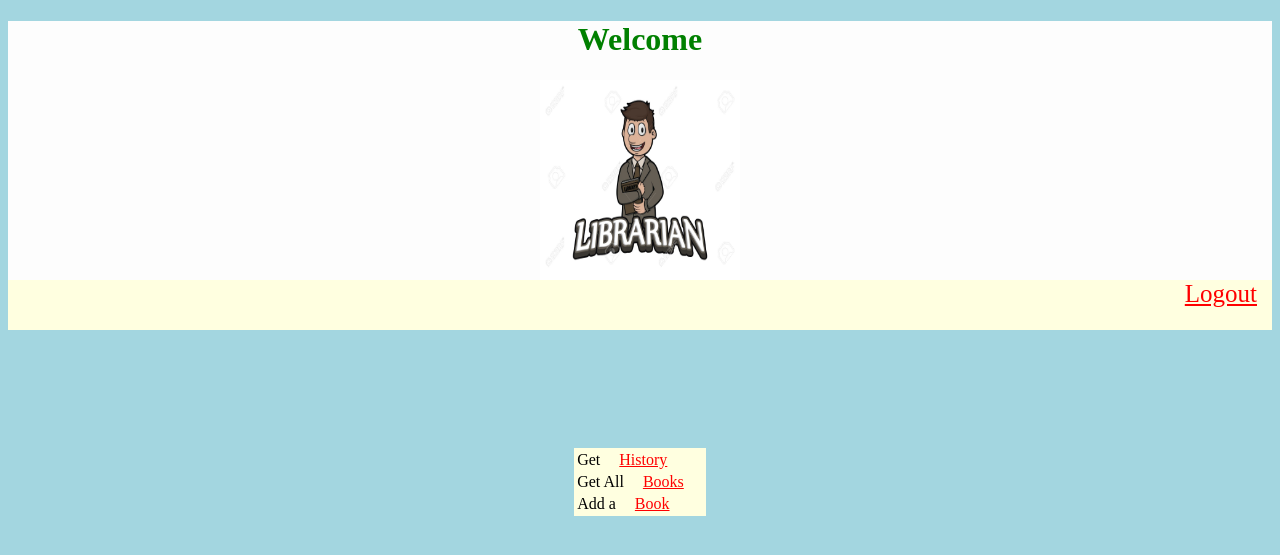
Repository: prashantvadlamani/Library-Management-System
Page: http://localhost/project/librarian.jsp
The author's editor kept a copy of each file at every save. The page is drawn from the files as they stood at one save, then again after the next save.
The browser window is 1280 px wide. The pictures show the whole page.
The page is served by Tomcat 9.

Above is the page before, as saved 2018-08-23 06:08:17.

After the next save:
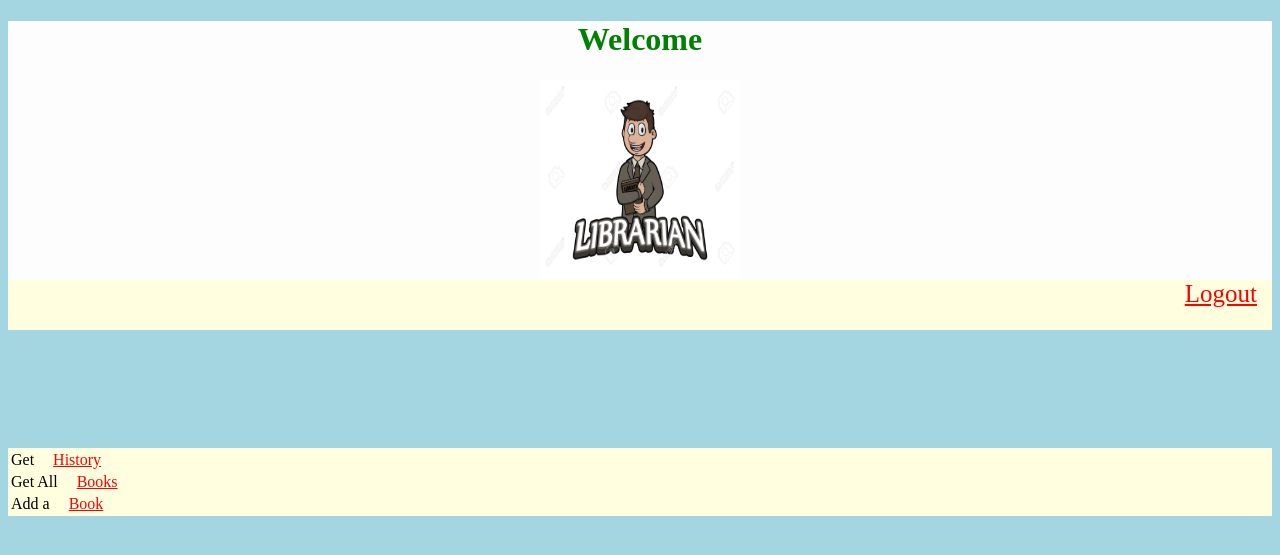
Saved 2 min 19 s later.
--- a/project/WebContent/librarian.jsp
+++ b/project/WebContent/librarian.jsp
@@ -42,7 +42,7 @@
   </header>
 	<div style="text-align:right;background-color: lightyellow;height: 50px;font-size: 25px;"><a href="logout" >Logout</a></div>
 	<br>
-	<table align="center">
+	<table align="center" width="100%">
 		<tr>
 			<td>Get <a href="libhistory">History</a></td>
 		</tr>

After the save that followed:
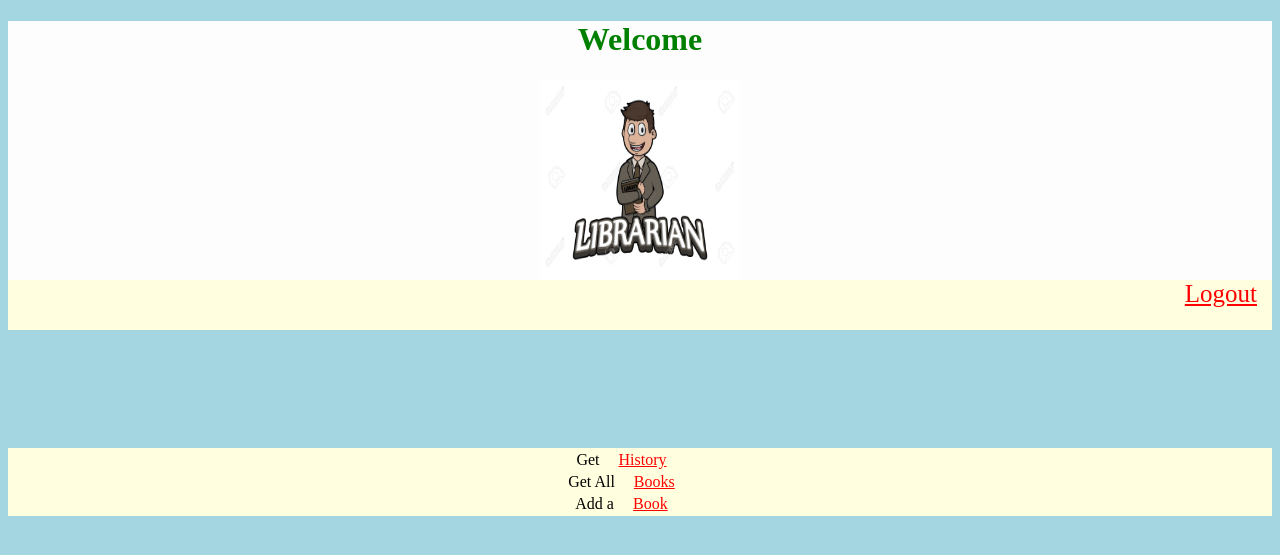
Saved 16 s later.
--- a/project/WebContent/librarian.jsp
+++ b/project/WebContent/librarian.jsp
@@ -32,6 +32,7 @@
 	table{
 		background-color: lightyellow;
 		margin-top: 100px;
+		text-align: center;
 	}
 </style>
 </head>
